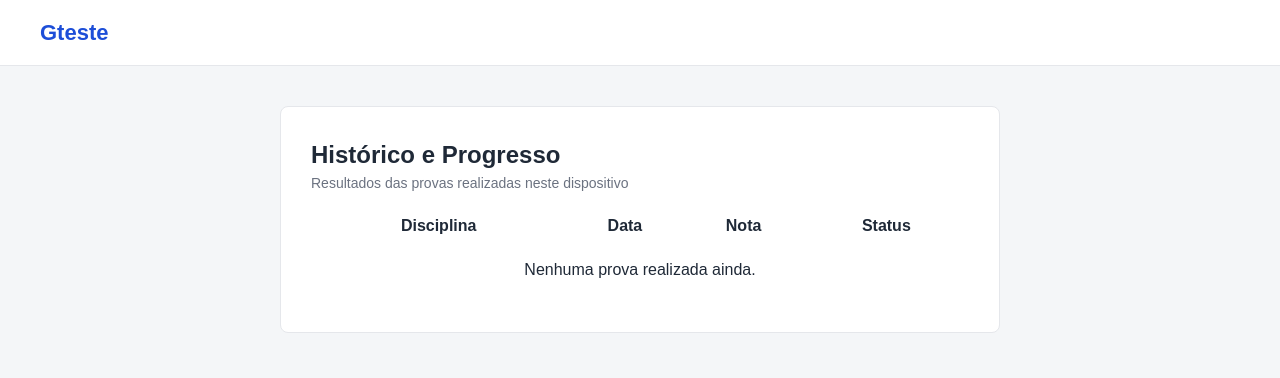
Repository: juvencio009/infratech-web
Page: progress.html
These files come from the project's save history. The page is drawn as it stood at one moment and after the next save; the edit follows.
The browser window is 1280 px wide. The pictures show the whole page.

Above is the page before, as saved 2025-12-18 23:20:32.

After the next save:
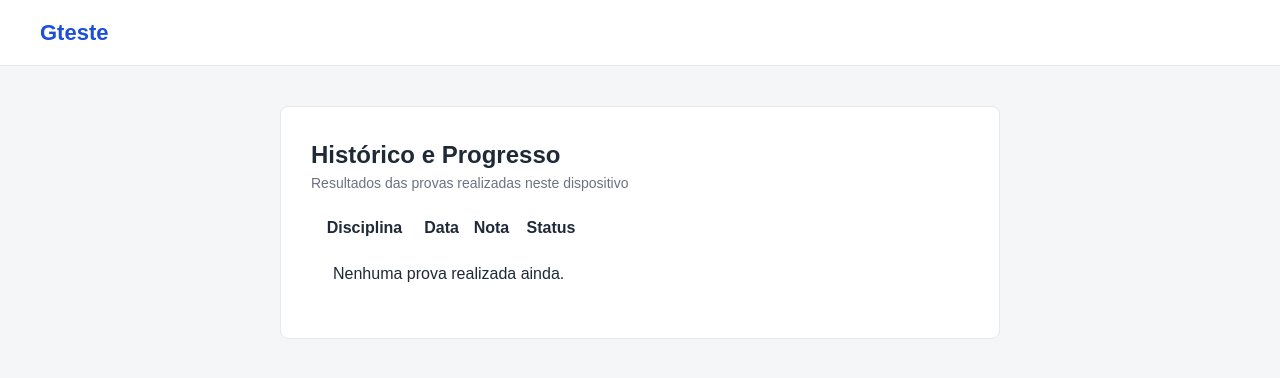
Saved 26 min 47 s later.
--- a/progress.html
+++ b/progress.html
@@ -1,40 +1,56 @@
 <!DOCTYPE html>
 <html lang="pt">
+
 <head>
   <meta charset="UTF-8">
-  <title>Gteste | Progresso</title>
+  <meta name="viewport" content="width=device-width, initial-scale=1.0">
+  <meta name="description" content="Histórico e Progresso das provas realizadas.">
+  <meta name="keywords" content="progresso, histórico, provas, resultados, Gteste">
+  <meta name="author" content="Gteste">
+  <title>Gteste | Histórico e Progresso</title>
 
-  <link
-    href="https://cdn.jsdelivr.net/npm/bootstrap-icons@1.11.3/font/bootstrap-icons.css"
-    rel="stylesheet"
-  >
+  <!-- Include Google Fonts or any desired font -->
+  <link rel="stylesheet" href="https://fonts.googleapis.com/css2?family=Roboto:wght@400;500&display=swap">
+
+  <!-- External CSS (custom styles) -->
   <link rel="stylesheet" href="css/style.css">
+
+  <!-- Bootstrap Icons for user-friendly icons -->
+  <link href="https://cdn.jsdelivr.net/npm/bootstrap-icons@1.11.3/font/bootstrap-icons.css" rel="stylesheet">
 </head>
+
 <body>
 
-<header>
-  <div class="logo" onclick="location.href='index.html'">Gteste</div>
-</header>
+  <!-- Header Section -->
+  <header>
+    <div class="logo" onclick="location.href='index.html'">Gteste</div>
+  </header>
 
-<main>
-  <h2>Histórico e Progresso</h2>
-  <p class="subtitle">
-    Resultados das provas realizadas neste dispositivo
-  </p>
+  <!-- Main Content Section -->
+  <main>
+    <section class="intro">
+      <h2>Histórico e Progresso</h2>
+      <p class="subtitle">Resultados das provas realizadas neste dispositivo</p>
+    </section>
 
-  <table id="tabelaHistorico" style="width:100%; border-collapse:collapse;">
-    <thead>
-      <tr>
-        <th>Disciplina</th>
-        <th>Data</th>
-        <th>Nota</th>
-        <th>Status</th>
-      </tr>
-    </thead>
-    <tbody></tbody>
-  </table>
-</main>
+    <section class="historico">
+      <table id="tabelaHistorico">
+        <thead>
+          <tr>
+            <th>Disciplina</th>
+            <th>Data</th>
+            <th>Nota</th>
+            <th>Status</th>
+          </tr>
+        </thead>
+        <tbody></tbody>
+      </table>
+    </section>
+  </main>
 
-<script src="src/progress.js"></script>
+  <!-- External JS -->
+  <script src="src/progress.js"></script>
+
 </body>
+
 </html>
